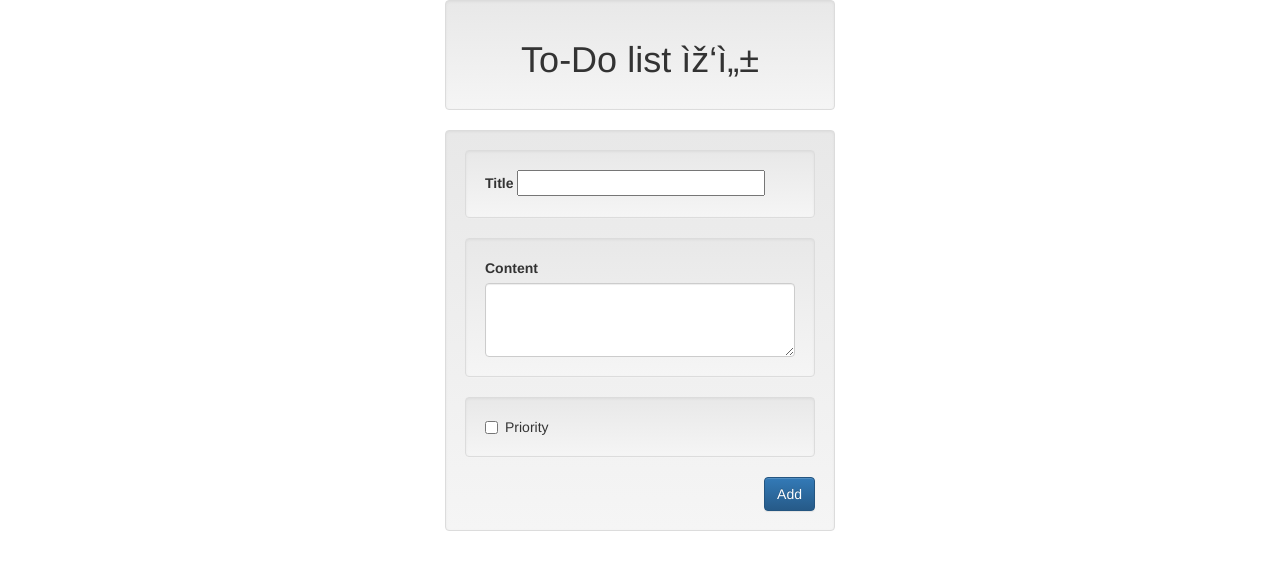
Repository: qudgns200/Toy_01_ToDoList
Page: http://localhost/ToDoList/jsp/writeForm.jsp
An editor plug-in stored every save of this project. The page is shown before and after the next save, followed by the edit.
The browser window is 1280 px wide. The pictures show the whole page.
The page is served by Tomcat 9. Nobody is signed in. The application's start-up code is not run. Other server files are loaded and not shown.

Above is the page before, as saved 2019-11-07 08:10:52.
Console error (its wording comes from the project's code and is left out).

### ToDoList/WebContent/jsp/writeForm.jsp
<!DOCTYPE html>
<html lang="ko">
<head>
<meta charset="UTF-8">
<meta name="viewport" content="width=device-width, initial-scale=1">
<title>Insert title here</title>
<!--  Bootstrap -->
<link rel="stylesheet" href="https://maxcdn.bootstrapcdn.com/bootstrap/3.3.2/css/bootstrap.min.css">
<link rel="stylesheet" href="https://maxcdn.bootstrapcdn.com/bootstrap/3.3.2/css/bootstrap-theme.min.css">
<!--  --------- -->
</head>
<body>

	<div class="container">
		<div class="row">
			<div class="col-md-4 col-md-offset-4 text-center well">
				<h1>To-Do list 작성</h1>
			</div>
			<div class="col-md-4 col-md-offset-4 well">
				<form method="post" action="write.do">
					<div class="form-group well">
						<label for="title">Title</label>
						<input type="text" name="title" id="title" style="width: 80%" />
					</div>

					<div class="form-group well">
						<label for="content">Content</label>
						<textarea class="form-control" rows="3" style="width: 100%"></textarea>
					</div>

					<div class="checkbox well">
						<label> <input type="checkbox" id="priority" value="">Priority
						</label>
					</div>
					<div class="text-right">
						<button type="submit" class="btn btn-primary">Add</button>
					</div>
				</form>
			</div>
		</div>
	</div>

	<script	src="https://maxcdn.bootstrapcdn.com/bootstrap/3.3.2/js/bootstrap.min.js"></script>
</body>
</html>

After the next save:
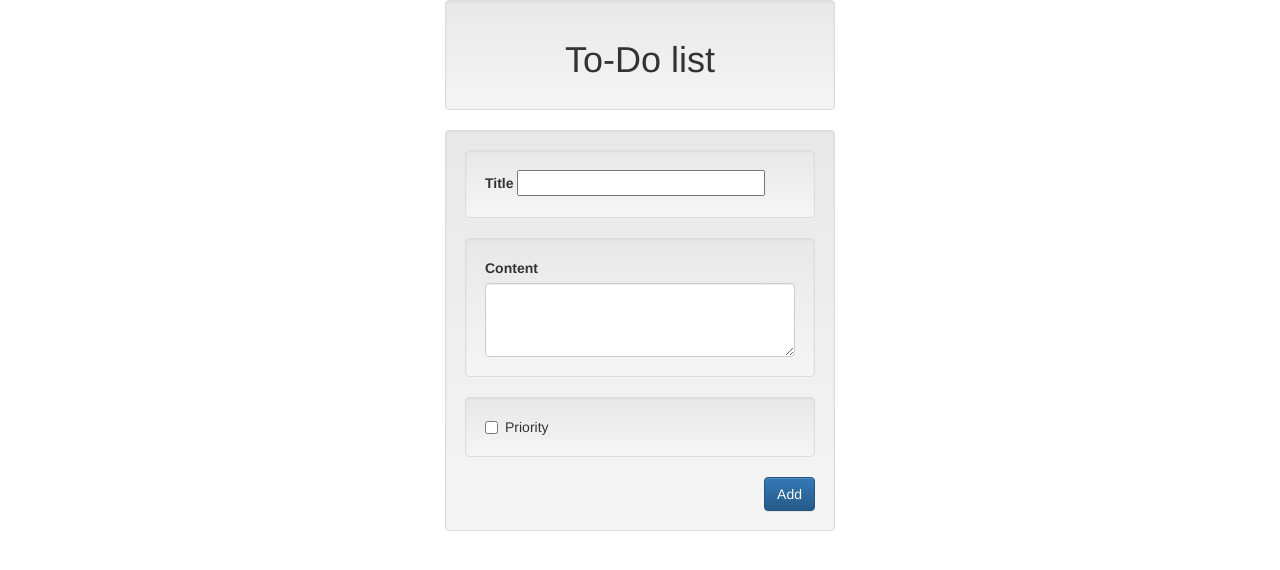
Saved 2 min 28 s later.
--- a/ToDoList/WebContent/jsp/writeForm.jsp
+++ b/ToDoList/WebContent/jsp/writeForm.jsp
@@ -14,7 +14,7 @@
 	<div class="container">
 		<div class="row">
 			<div class="col-md-4 col-md-offset-4 text-center well">
-				<h1>To-Do list 작성</h1>
+				<h1>To-Do list</h1>
 			</div>
 			<div class="col-md-4 col-md-offset-4 well">
 				<form method="post" action="write.do">
